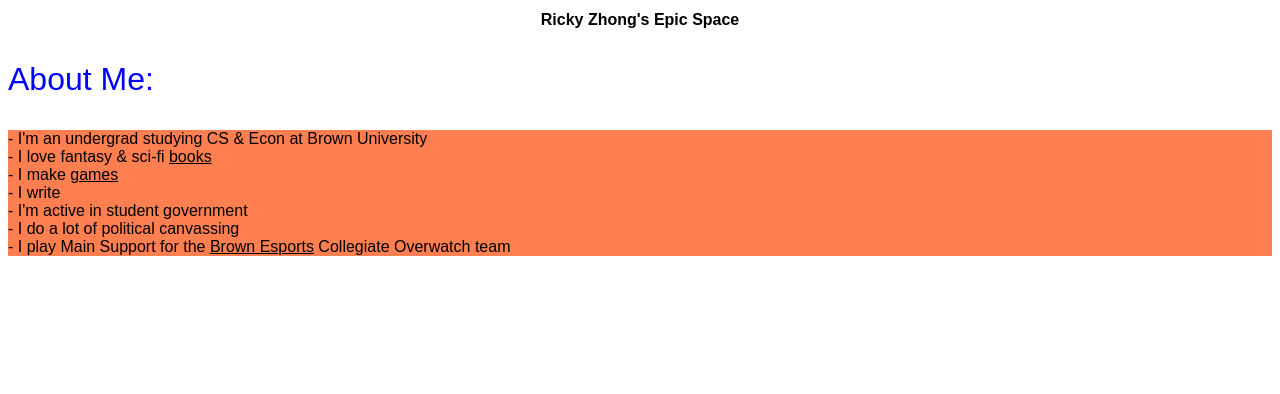
Repository: rickydaricky/rickydaricky.github.io
Page: index.html
The author's editor kept a copy of each file at every save. The page is drawn from the files as they stood at one save, then again after a run of saves.
The browser window is 1280 px wide. The pictures show the whole page.

Above is the page before, as saved 2021-11-26 02:41:23.

After the next 2 saves:
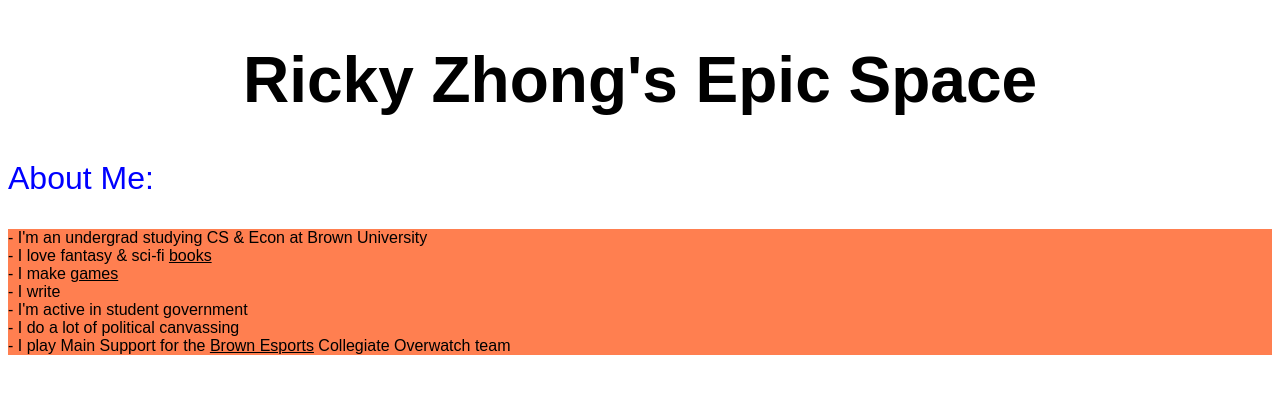
The 2 saves are shown as one change because they came seconds apart.
The last was saved 21 s later.
--- a/main.css
+++ b/main.css
@@ -16,5 +16,5 @@ html * {
 
 .title {
     text-align: center;
-
+    font-size: 400%;
 }
